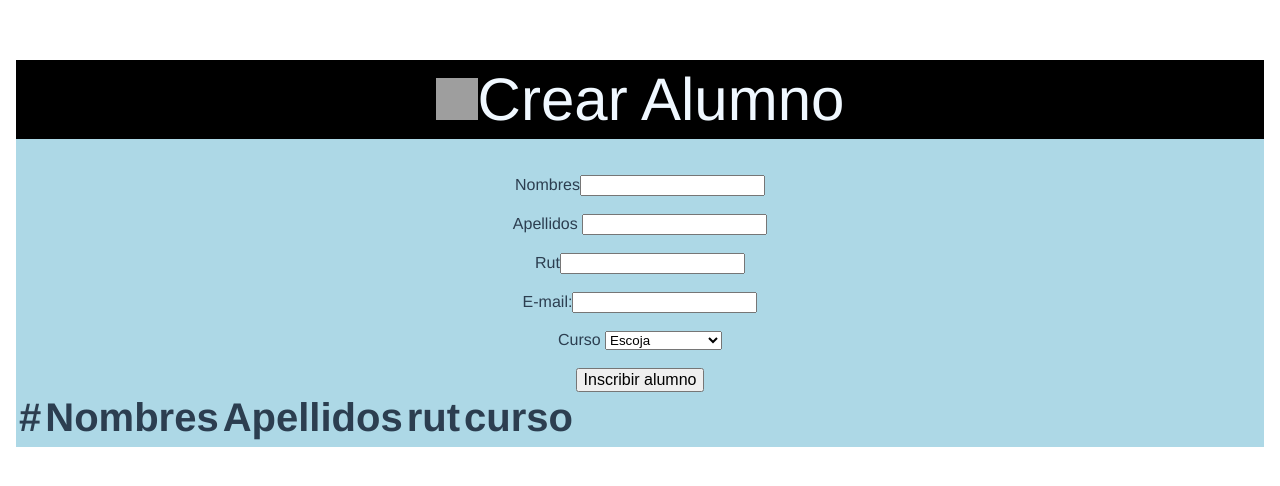
Repository: franciscamanquecheo/Tarea6ET
Page: / (app in my-project/)
The author's editor kept a copy of each file at every save. The page is drawn from the files as they stood at one save, then again after the next save.
The browser window is 1280 px wide. The pictures show the whole page.
Pictures or frames that could not be fetched are drawn as grey boxes. The project was rebuilt for these pictures with package versions that can differ from the ones it lists, and the page was loaded fresh each time. Also part of the build but not shown: my-project/vue.config.js.

Above is the page before, as saved 2022-06-19 23:37:16.

After the next save:
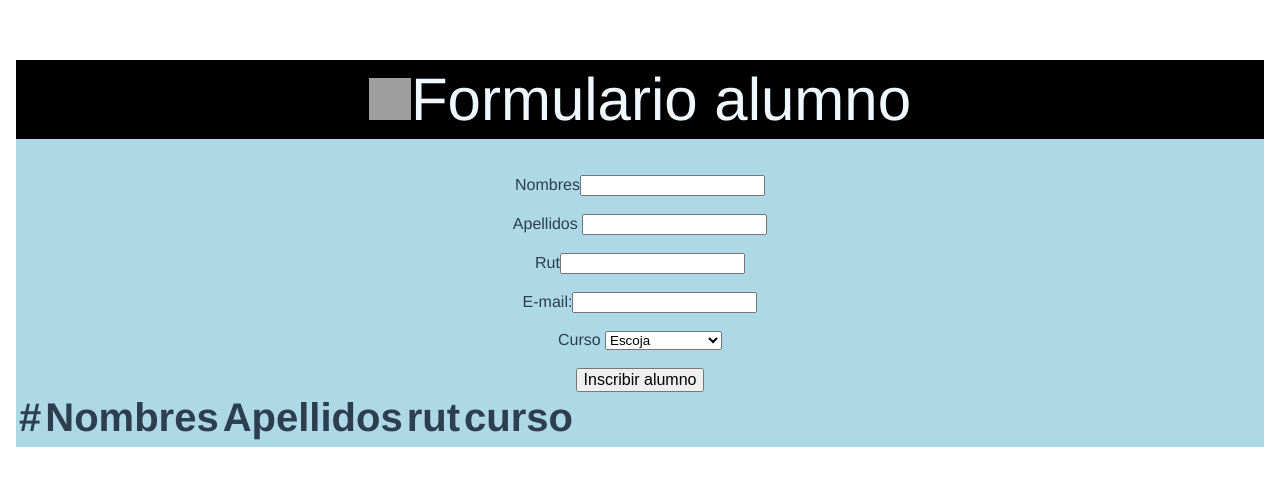
Saved 61 s later.
--- a/my-project/src/components/HelloWorld.vue
+++ b/my-project/src/components/HelloWorld.vue
@@ -8,7 +8,7 @@
        <a href="pagPrincipal.html">
       <img src="\my-project\src\assets\home.png" style="width:42px;height:42px;">
       </a>
-      <span>Crear Alumno</span>
+      <span>Formulario alumno</span>
 
      </div>
 
@@ -101,7 +101,9 @@ body {
     font-size: medium;
   }
 
-
+   .table{
+    font-size: 40px;
+  }
 
   form{
     text-align: center;
